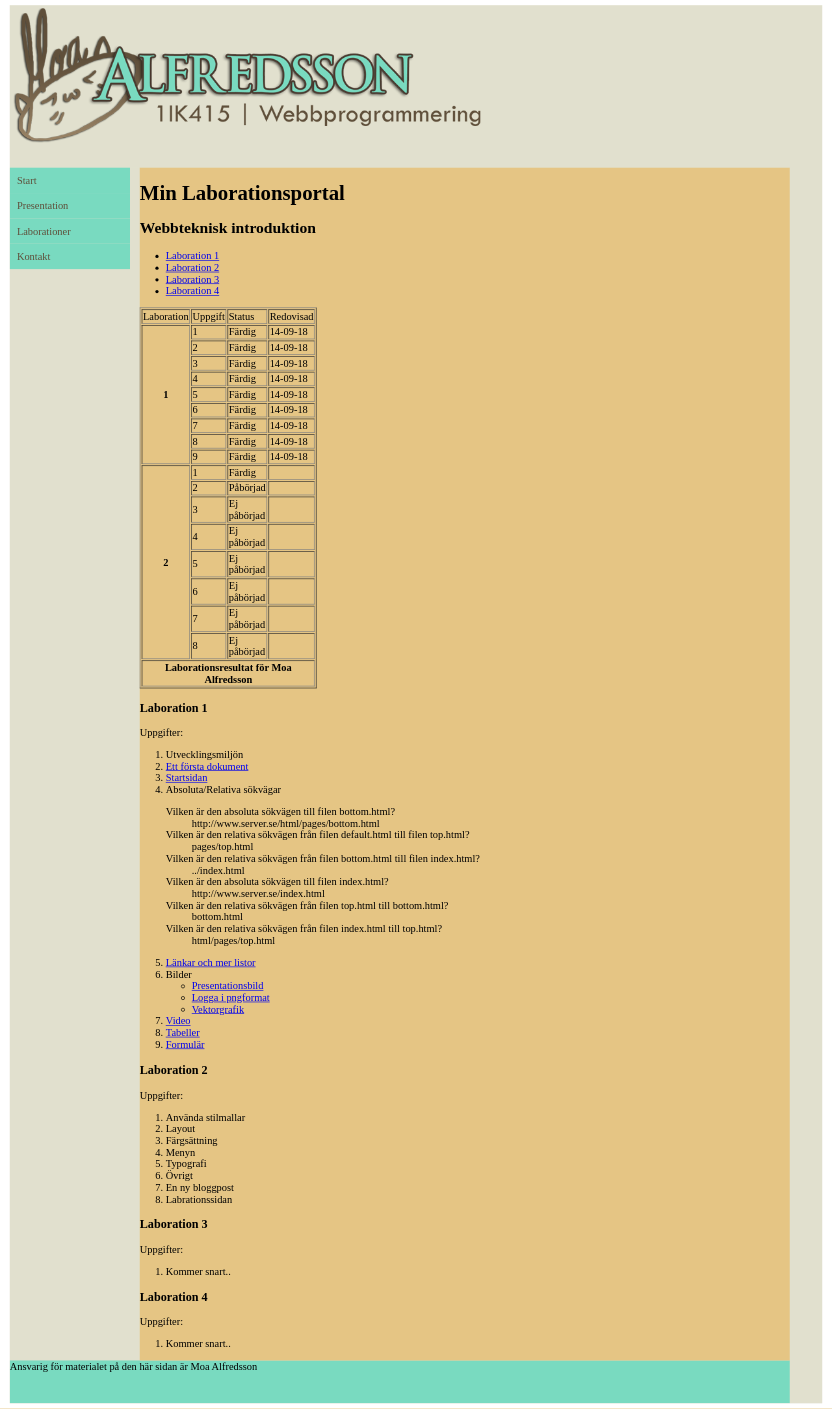
Repository: ma223md/1ik415
Page: Pages/laborationer.html
The author's editor kept a record of every edit. The page is drawn from the files as they stood at one moment, then again after the next edit.
The browser window is 1280 px wide. The pictures show the whole page, at 65% of full size.

Above is the page before.

### Pages/laborationer.html
<!DOCTYPE html>
<html>
    <head>
        <title>Laborationer</title>
        <meta charset="UTF-8">
        <!-- Gör så att svenska bokstäver visas korrekt -->
        <link rel="stylesheet" href="../css/style2.css" />
    </head>
    <body>
        <div id="container">
            <div id="header">
                <img src="../Pictures/logga.png" alt="logga">
            </div>

            <div id="navigation">
                <ul>
                    <li><a href="../Index.html">Start</a></li>
                    <li><a href="../Pages/presentation.html">Presentation</a></li>
                    <li><a href="../Pages/laborationer.html">Laborationer</a></li>
                    <li><a href="../Pages/kontakt.html">Kontakt</a></li>
                </ul>
            </div>

            <div id="content">
                <h1>Min Laborationsportal</h1>
                <h2>Webbteknisk introduktion</h2>

                <ul>
                    <li><a href="#lab1">Laboration 1</a></li>
                    <li><a href="#lab2">Laboration 2</a></li>
                    <li><a href="#lab3">Laboration 3</a></li>
                    <li><a href="#lab4">Laboration 4</a></li>
                </ul>

                <table border="1" style="width:20%">
                    <tr>
                        <td>Laboration</td>
                        <td>Uppgift</td>
                        <td>Status</td>
                        <td>Redovisad</td>
                    </tr>
                    <tr>
                        <th rowspan="9">1</th>
                        <td>1</td>
                        <td>Färdig</td>
                        <td>14-09-18</td>
                    </tr>
                    <tr>
                        <td>2</td>
                        <td>Färdig</td>
                        <td>14-09-18</td>
                    </tr>
                    <tr>
                        <td>3</td>
                        <td>Färdig</td>
                        <td>14-09-18</td>
                    </tr>
                    <tr>
                        <td>4</td>
                        <td>Färdig</td>
                        <td>14-09-18</td>
                    </tr>
                    <tr>
                        <td>5</td>
                        <td>Färdig</td>
                        <td>14-09-18</td>
                    </tr>
                    <tr>
                        <td>6</td>
                        <td>Färdig</td>
                        <td>14-09-18</td>
                    </tr>
                    <tr>
                        <td>7</td>
                        <td>Färdig</td>
                        <td>14-09-18</td>
                    </tr>
                    <tr>
                        <td>8</td>
                        <td>Färdig</td>
                        <td>14-09-18</td>
                    </tr>
                    <tr>
                        <td>9</td>
                        <td>Färdig</td>
                        <td>14-09-18</td>
                    </tr>
                    <tr>
                        <th rowspan="8">2</th>
                        <td>1</td>
                        <td>Färdig</td>
                        <td></td>
                    </tr>
                    <tr>
                        <td>2</td>
                        <td>Påbörjad</td>
                        <td></td>
                    </tr>
                    <tr>
                        <td>3</td>
                        <td>Ej påbörjad</td>
                        <td></td>
                    </tr>
                    <tr>
                        <td>4</td>
                        <td>Ej påbörjad</td>
                        <td></td>
                    </tr>
                    <tr>
                        <td>5</td>
                        <td>Ej påbörjad</td>
                        <td></td>
                    </tr>
                    <tr>
                        <td>6</td>
                        <td>Ej påbörjad</td>
                        <td></td>
                    </tr>
                    <tr>
                        <td>7</td>
                        <td>Ej påbörjad</td>
                        <td></td>
                    </tr>
                    <tr>
                        <td>8</td>
                        <td>Ej påbörjad</td>
                        <td></td>
                    </tr>
                    <tr>
                        <th colspan="4">Laborationsresultat för Moa Alfredsson</th>
                    </tr>
                </table>

                <h3><a id="lab1">Laboration 1</a></h3>
                <p>Uppgifter:</p>
                <ol>
                    <li>Utvecklingsmiljön</li>
                    <li><a href="../Index.html">Ett första dokument</a></li>
                    <li><a href="../Index.html">Startsidan</a></li>
                    <li>Absoluta/Relativa sökvägar
                        <dl>
                            <dt>Vilken är den absoluta sökvägen till filen bottom.html?</dt>
                            <dd>http://www.server.se/html/pages/bottom.html</dd>
                            <dt>Vilken är den relativa sökvägen från filen default.html till filen top.html?</dt>
                            <dd>pages/top.html</dd>
                            <dt>Vilken är den relativa sökvägen från filen bottom.html till filen index.html?</dt>
                            <dd>../index.html</dd>
                            <dt>Vilken är den absoluta sökvägen till filen index.html?</dt>
                            <dd>http://www.server.se/index.html  </dd>
                            <dt>Vilken är den relativa sökvägen från filen top.html till bottom.html?</dt>
                            <dd>bottom.html</dd>
                            <dt>Vilken är den relativa sökvägen från filen index.html till top.html?</dt>
                            <dd>html/pages/top.html</dd>
                        </dl>
                    </li>

                    <li><a href="laborationer.html">Länkar och mer listor</a></li>
                    <li>Bilder
                        <ul>
                            <li><a href="../Pages/presentation.html#presentationsbild">Presentationsbild</a></li>
                            <li><a href="../Pictures/logga2.png">Logga i pngformat</a></li>
                            <li><a href="../Index.html#vektorgrafik">Vektorgrafik</a></li>
                        </ul>
                    </li>
                    <li><a href="../Index.html">Video</a></li>
                    <li><a href="laborationer.html">Tabeller</a></li>
                    <li><a href="kontakt.html">Formulär</a></li>
                </ol>

                <h3><a id="lab2">Laboration 2</a></h3>
                <p>Uppgifter:</p>
                <ol>
                    <li>Använda stilmallar</li>
                    <li>Layout</li>
                    <li>Färgsättning</li>
                    <li>Menyn</li>
                    <li>Typografi</li>
                    <li>Övrigt</li>
                    <li>En ny bloggpost</li>
                    <li>Labrationssidan</li>
                </ol>

                <h3><a id="lab3">Laboration 3</a></h3>
                <p>Uppgifter:</p>
                <ol>
                    <li>Kommer snart..</li>
                </ol>

                <h3><a id="lab4">Laboration 4</a></h3>
                <p>Uppgifter:</p>
                <ol>
                    <li>Kommer snart..</li>
                </ol>
            </div>

            <div id="footer">
                <p>Ansvarig för materialet på den här sidan är Moa Alfredsson</p>
            </div>
        </div>
    </body>
</html>

### css/style2.css
/* Layout */

/*  Colors
    Main: #e1e0ce
    Navigation: #79dac0
    Content: #e5c584
*/

#container
    {
        background: #e1e0ce;
        width: 1250px;
        overflow: auto;
        margin: 0 auto;
    }

#header
{
    height:250px;
    width: 1200px;
}

#navigation
    {
        float: left;
        background: #e1e0ce;
        width: 200px;
    }

#navigation ul
    {
        margin: 0;
        padding: 0;
        width:185px;
        list-style-type: none;
    }

#navigation ul li a
    {
        text-decoration: none;
        color: #5f4f3a;
        padding: 10.5px 11px;
        background-color: #79dac0;
        display:block;

    }

#navigation ul li a:hover, #navigation ul li .active
    {
    color: white;
    background-color: #5faa96;
    }

#content
    {
        width: 1000px;
        background: #e5c584;
        float: left;
    }

#footer
    {
        clear: both;
        background: #79dac0;
        height: 66px;
        width: 1200px;
    }

After the next edit:
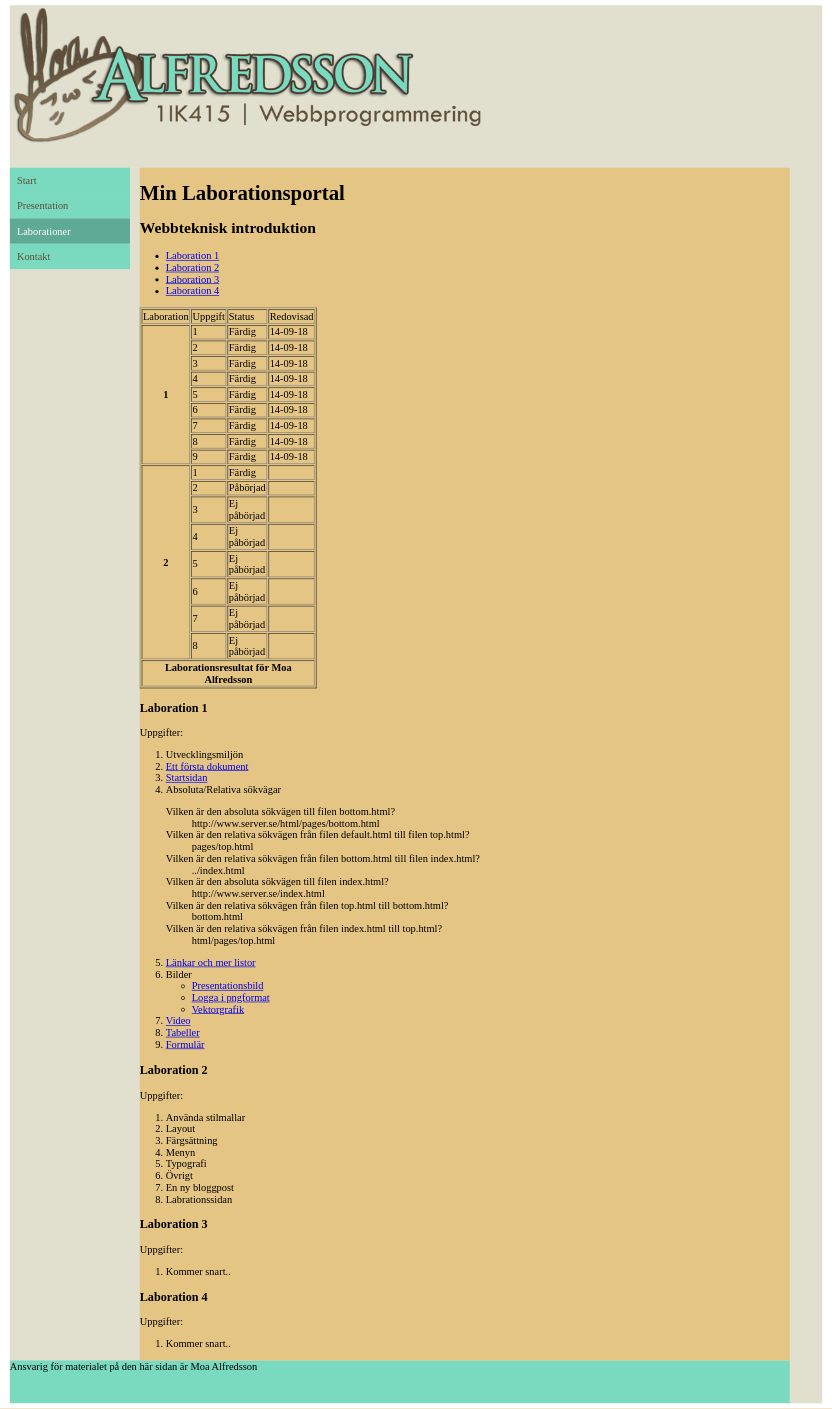
The edit:
--- a/Pages/laborationer.html
+++ b/Pages/laborationer.html
@@ -16,7 +16,7 @@
                 <ul>
                     <li><a href="../Index.html">Start</a></li>
                     <li><a href="../Pages/presentation.html">Presentation</a></li>
-                    <li><a href="../Pages/laborationer.html">Laborationer</a></li>
+                    <li><a href="../Pages/laborationer.html" class="active">Laborationer</a></li>
                     <li><a href="../Pages/kontakt.html">Kontakt</a></li>
                 </ul>
             </div>
